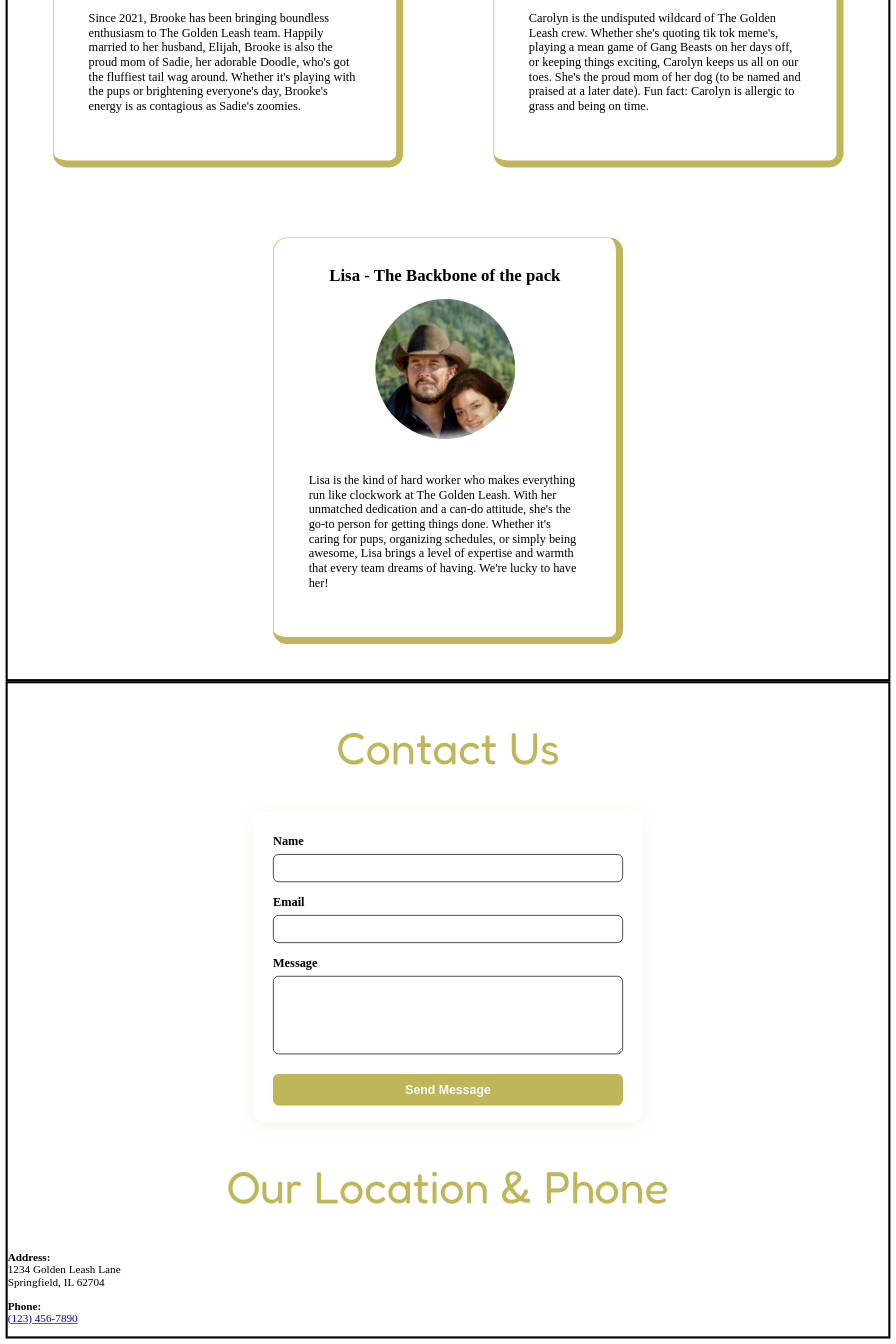
Repository: Aworminator/Thegoldenleash
Page: index.html
The author's editor kept a copy of each file at every save. The page is drawn from the files as they stood at one save, then again after the next save.
The browser window is 1280 px wide. The pictures show the part of the page from y = 3153 to 5073 px (the page is 5073 px tall), at 70% of full size.

Above is the page before, as saved 2025-07-23 22:20:47.

After the next save:
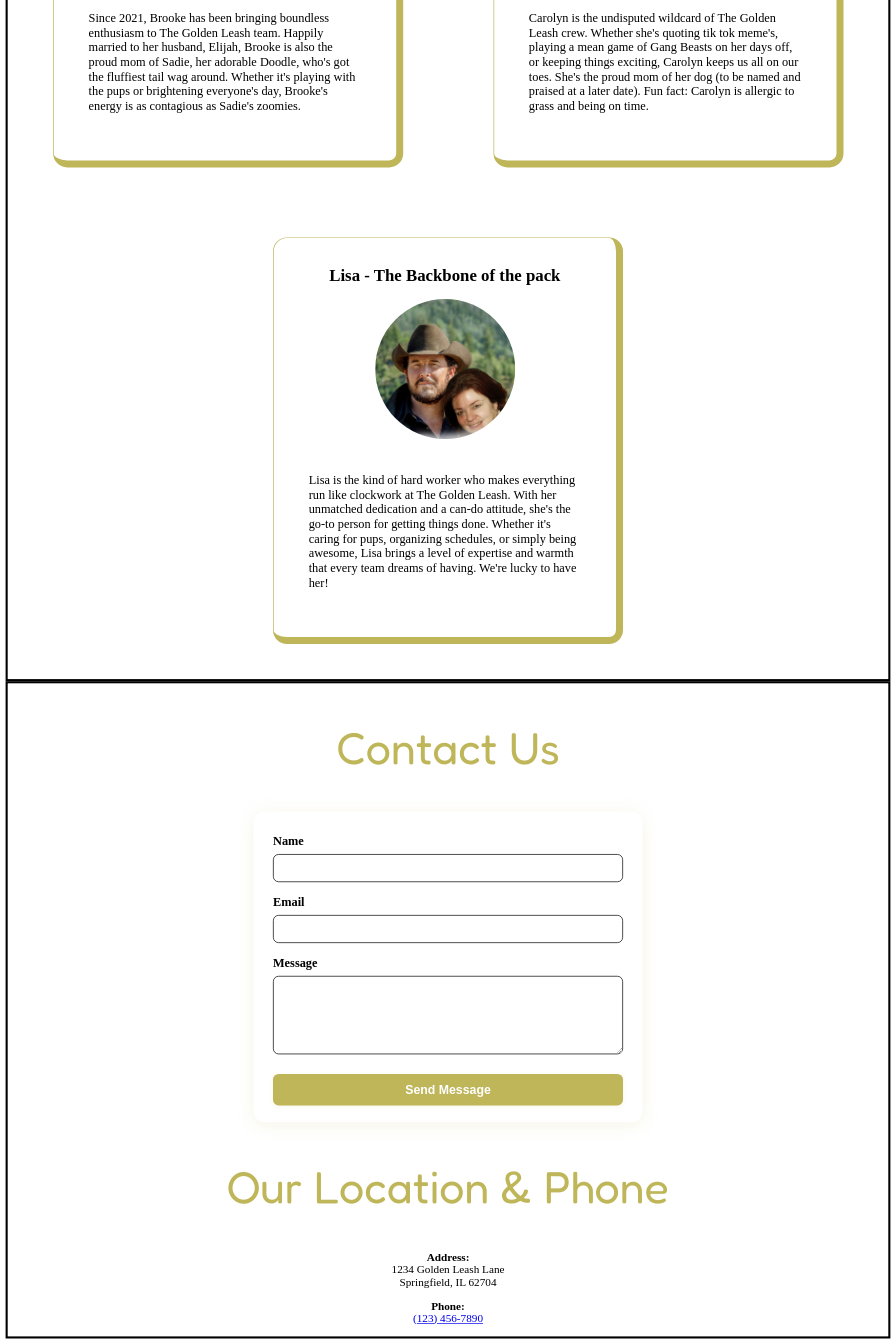
Saved 6 s later.
--- a/style.css
+++ b/style.css
@@ -225,7 +225,7 @@ li {
 }
 
 .address-phone {
-  font-
+  text-align: center;
 }
 
 @keyframes slide-fwd-tr {
